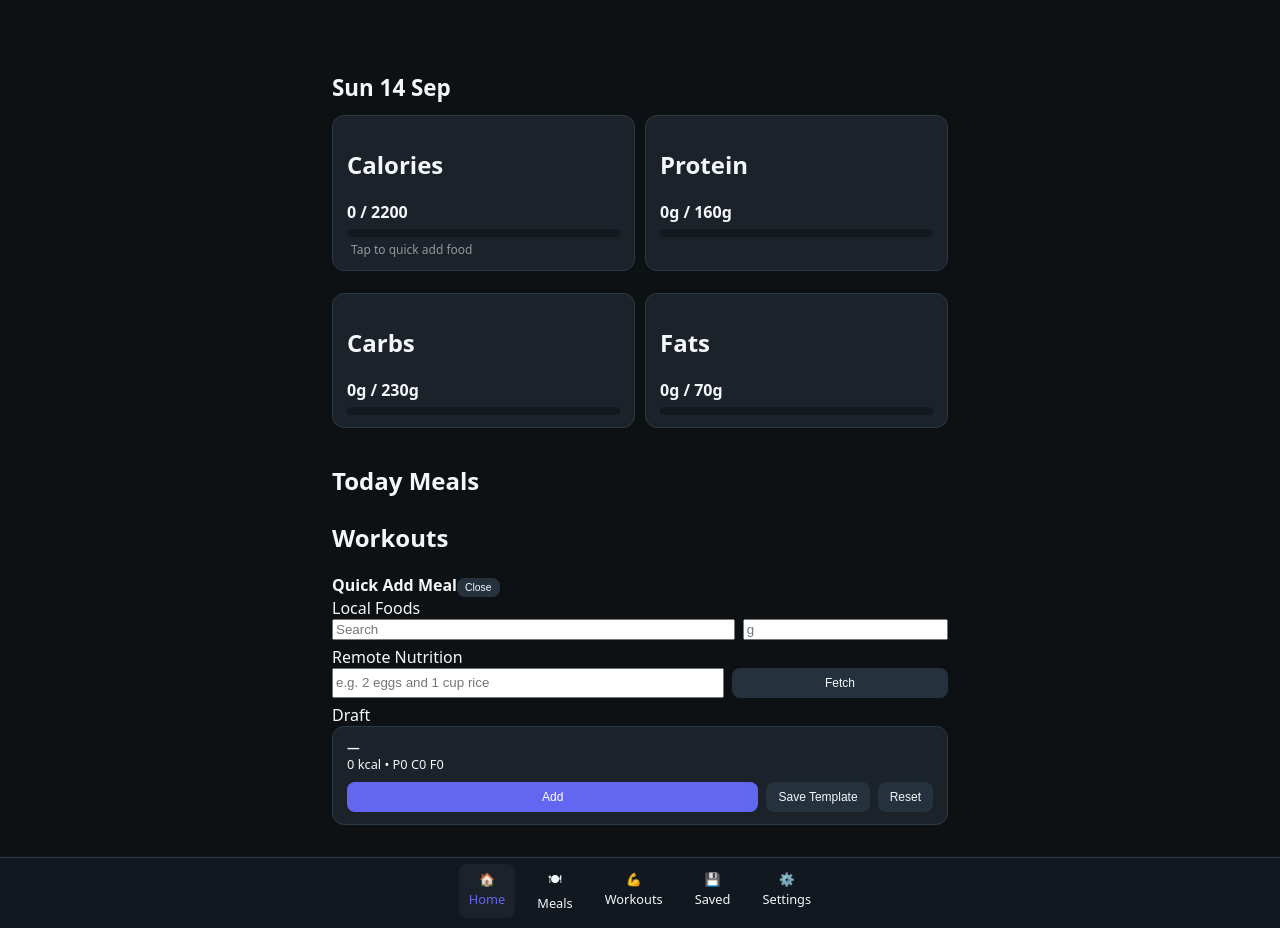
Repository: Ethxmnhz/minpline
Page: /, after clicking the first element matching `div.card`
The author's editor kept a copy of each file at every save. The page is drawn from the files as they stood at one save, then again after the next save.
The browser window is 1280 px wide. The pictures show the whole page.
The project was rebuilt for these pictures with package versions that can differ from the ones it lists, and the page was loaded fresh each time. Also part of the build but not shown: vite.config.ts, src/pages/Meals.tsx, src/pages/Workouts.tsx, src/pages/SavedMeals.tsx, src/pages/Settings.tsx.

Above is the page before, as saved 2025-09-14 22:19:25.

### index.html
<!doctype html>
<html lang="en">
<head>
  <meta charset="UTF-8" />
  <link rel="icon" type="image/svg+xml" href="/favicon.svg" />
  <meta name="viewport" content="width=device-width, initial-scale=1, maximum-scale=1" />
  <title>Tracker</title>
  <meta name="theme-color" content="#101418" />
  <link rel="manifest" href="/manifest.webmanifest" />
  <style>
    body { margin:0; font-family: system-ui,-apple-system,Segoe UI,Roboto,Helvetica,Arial,sans-serif; background:#0e1114; color:#f5f7fa; }
    #root { min-height:100dvh; }
  </style>
</head>
<body>
  <div id="root"></div>
  <script type="module" src="/src/main.tsx"></script>
</body>
</html>

### src/main.tsx
import React from 'react';
import { createRoot } from 'react-dom/client';
import { App } from './pages/App';
import './styles.css';

createRoot(document.getElementById('root')!).render(<App />);

### src/pages/App.tsx
import React from 'react';
import { BrowserRouter, Routes, Route, Navigate } from 'react-router-dom';
import { Dashboard } from './Dashboard';
import { Meals } from './Meals';
import { Workouts } from './Workouts';
import { SavedMeals } from './SavedMeals';
import { Settings } from './Settings';
import { NavBar } from '../ui/NavBar';
import { CloudSync } from '../services/cloudSync';

export const App: React.FC = () => {
  return (
    <BrowserRouter>
      <div className="app-shell">
        <div className="view">
          <Routes>
            <Route path="/" element={<Navigate to="/dashboard" replace />} />
            <Route path="/dashboard" element={<Dashboard />} />
            <Route path="/meals" element={<Meals />} />
            <Route path="/workouts" element={<Workouts />} />
            <Route path="/saved" element={<SavedMeals />} />
            <Route path="/settings" element={<Settings />} />
            <Route path="*" element={<div style={{padding:16}}>Not found</div>} />
          </Routes>
        </div>
        <NavBar />
        <CloudSync />
      </div>
    </BrowserRouter>
  );
};

### src/styles.css
:root {
  --color-bg:#0e1114; --color-surface:#1b2229; --color-border:#2c3a45; --color-text:#f5f7fa; --color-accent:#6366f1;
  --color-cal:#ffb347; --color-protein:#4ade80; --color-carbs:#60a5fa; --color-fats:#f472b6;
  --radius:12px; --transition:150ms;
}
* { box-sizing: border-box; }
body { font-family: system-ui,-apple-system,Segoe UI,Roboto,Helvetica,Arial,sans-serif; background:var(--color-bg); color:var(--color-text); }
.app-shell { display:flex; flex-direction:column; min-height:100dvh; padding-bottom:64px; }
.view { flex:1; width:100%; max-width:640px; margin:0 auto; padding:12px 12px 32px; }
.page h1 { font-size:1.4rem; margin:0 0 12px; }
.card { background:var(--color-surface); padding:12px 14px; border-radius:var(--radius); margin-bottom:12px; border:1px solid var(--color-border); }
.summary-grid { display:grid; grid-template-columns:repeat(2,1fr); gap:10px; }
.metric { font-weight:600; margin-top:4px; }
.list { list-style:none; padding:0; margin:6px 0 0; }
.list li { padding:8px 4px; display:flex; align-items:center; justify-content:space-between; border-bottom:1px solid #22313d; font-size:.9rem; }
.list li:last-child { border-bottom:none; }
.small { opacity:.7; font-size:.75rem; margin-left:4px; }
.nav-bar { position:fixed; bottom:0; left:0; right:0; display:flex; justify-content:space-around; background:#11181f; padding:6px 4px 10px; border-top:1px solid var(--color-border); }
.nav-bar a { color:var(--color-text); text-decoration:none; font-size:.8rem; display:flex; flex-direction:column; align-items:center; gap:2px; padding:6px 10px; border-radius:8px; }
.nav-bar a.active { background:var(--color-surface); color:var(--color-accent); }
.form-grid { display:grid; gap:8px; grid-template-columns:repeat(auto-fill,minmax(110px,1fr)); }
.form-grid input { background:#131a21; border:1px solid var(--color-border); color:var(--color-text); padding:8px 10px; border-radius:8px; font-size:.8rem; }
.btn { background:#25323d; border:none; color:var(--color-text); padding:8px 12px; border-radius:8px; cursor:pointer; font-size:.75rem; font-weight:500; }
.btn.primary { background:var(--color-accent); color:#fff; }
.btn.tiny { padding:4px 8px; font-size:.65rem; }
.btn:active { transform:translateY(1px); }
.progress-bar { height:8px; width:100%; background:#12191f; border-radius:6px; overflow:hidden; margin-top:6px; }
.progress-bar .fill { height:100%; background:var(--color-accent); transition:width var(--transition) linear; }
.row { display:flex; }
.gap { gap:8px; }
@media (min-width:640px){ .nav-bar { position:sticky; bottom:auto; top:0; justify-content:center; gap:12px; } .app-shell { padding-top:60px; padding-bottom:0; } }

### src/pages/Dashboard.tsx
import React, { useState } from 'react';
import { useStore } from '../state/store';
import { format } from 'date-fns';
import { ProgressBar } from '../ui/ProgressBar';
import { QuickFoodAdd } from '../ui/QuickFoodAdd';

export const Dashboard: React.FC = () => {
  const [showQuickAdd, setShowQuickAdd] = useState(false);
  const today = useStore(s => s.today);
  const totals = useStore(s => s.totalsForDate(today));
  const goals = useStore(s => s.goals);
  const netCalories = totals.calories - totals.workoutCalories;
  const pct = (val: number, goal: number) => goal ? Math.min(100, Math.round(val / goal * 100)) : 0;

  return (
    <>
    <div className="page page-dashboard">
      <h1>{format(today, 'EEE dd MMM')}</h1>
      <section className="summary-grid">
        <div className="card" style={{cursor:'pointer'}} onClick={()=>setShowQuickAdd(true)}>
          <h2>Calories</h2>
          <div className="metric">{netCalories} / {goals.calories}</div>
          <ProgressBar value={pct(netCalories, goals.calories)} color="var(--color-cal)" />
          <div className="small" style={{marginTop:4, opacity:.55}}>Tap to quick add food</div>
        </div>
        <div className="card">
          <h2>Protein</h2>
          <div className="metric">{totals.protein}g / {goals.protein}g</div>
          <ProgressBar value={pct(totals.protein, goals.protein)} color="var(--color-protein)" />
        </div>
        <div className="card">
          <h2>Carbs</h2>
            <div className="metric">{totals.carbs}g / {goals.carbs}g</div>
          <ProgressBar value={pct(totals.carbs, goals.carbs)} color="var(--color-carbs)" />
        </div>
        <div className="card">
          <h2>Fats</h2>
          <div className="metric">{totals.fats}g / {goals.fats}g</div>
          <ProgressBar value={pct(totals.fats, goals.fats)} color="var(--color-fats)" />
        </div>
      </section>
      <section>
        <h2 style={{marginTop:24}}>Today Meals</h2>
        <ul className="list">
          {totals.meals.map(m => (
            <li key={m.id}>{m.name} <span className="small">{m.calories} kcal</span></li>
          ))}
        </ul>
      </section>
      <section>
        <h2 style={{marginTop:24}}>Workouts</h2>
        <ul className="list">
          {totals.workouts.map(w => (
            <li key={w.id}>{w.type} <span className="small">-{w.calories} kcal</span></li>
          ))}
        </ul>
      </section>
    </div>
    {showQuickAdd && <QuickFoodAdd date={today} onClose={()=>setShowQuickAdd(false)} />}
    </>
  );
};

### src/ui/NavBar.tsx
import React from 'react';
import { NavLink } from 'react-router-dom';

export const NavBar: React.FC = () => {
  return (
    <nav className="nav-bar">
      <NavLink to="/dashboard">🏠<span>Home</span></NavLink>
      <NavLink to="/meals">🍽<span>Meals</span></NavLink>
      <NavLink to="/workouts">💪<span>Workouts</span></NavLink>
      <NavLink to="/saved">💾<span>Saved</span></NavLink>
      <NavLink to="/settings">⚙️<span>Settings</span></NavLink>
    </nav>
  );
};

### src/services/cloudSync.tsx
import { useEffect, useRef } from 'react';
import { useStore } from '../state/store';
import { ensureAnonAuth, loadUserData, saveUserData, subscribeUserData } from './firebase';

// Hook component mounted once in App to manage cloud sync side-effects.
export function CloudSync() {
  const cloudEnabled = useStore(s => s.cloudEnabled);
  const exportData = useStore(s => s.exportData);
  const importData = useStore(s => s.importData);
  const markSyncing = useStore(s => s.markSyncing);
  const markSynced = useStore(s => s.markSynced);
  const markSyncError = useStore(s => s.markSyncError);
  const cloudStatus = useStore(s => s.cloudStatus);

  const unsubRef = useRef<() => void>();
  const lastPushRef = useRef<number>(0);
  const uidRef = useRef<string|null>(null);
  const lastSnapshotRef = useRef<string>('');

  // Initial connect / subscribe
  useEffect(() => {
    if (!cloudEnabled) {
      if (unsubRef.current) { unsubRef.current(); unsubRef.current = undefined; }
      return;
    }
    let cancelled = false;
    (async () => {
      try {
        markSyncing();
        const uid = await ensureAnonAuth();
        if (!uid || cancelled) return;
        uidRef.current = uid;
        // initial load
        const remote = await loadUserData(uid);
        if (remote) {
          importData(remote);
          lastSnapshotRef.current = JSON.stringify(remote);
        } else {
          // push current local if empty remote
          await saveUserData(uid, exportData());
          lastSnapshotRef.current = JSON.stringify(exportData());
        }
        markSynced();
        // live subscribe
        unsubRef.current = subscribeUserData(uid, data => {
          if (!data) return;
          const serialized = JSON.stringify(data);
            if (serialized !== lastSnapshotRef.current) {
              // remote changed (not from this client) => merge (simple overwrite strategy)
              importData(data);
              lastSnapshotRef.current = serialized;
            }
        });
      } catch (e) {
        console.error('Cloud sync init failed', e);
        markSyncError();
      }
    })();
    return () => { cancelled = true; if (unsubRef.current) unsubRef.current(); };
  }, [cloudEnabled]);

  // Push local changes debounced (observe slices)
  const meals = useStore(s => s.meals);
  const workouts = useStore(s => s.workouts);
  const mealTemplates = useStore(s => s.mealTemplates);
  const workoutSets = useStore(s => s.workoutSets);
  const goals = useStore(s => s.goals);

  useEffect(() => {
    if (!cloudEnabled || !uidRef.current) return;
    const now = Date.now();
    // debounce ~1.5s
    const delay = 1500;
    const timer = setTimeout(async () => {
      try {
        markSyncing();
        const payload = exportData();
        const serialized = JSON.stringify(payload);
        if (serialized === lastSnapshotRef.current) {
          markSynced();
          return;
        }
        await saveUserData(uidRef.current!, payload);
        lastSnapshotRef.current = serialized;
        markSynced();
      } catch (e) {
        console.error('Cloud push failed', e);
        markSyncError();
      }
    }, delay);
    return () => clearTimeout(timer);
  }, [cloudEnabled, meals, workouts, mealTemplates, workoutSets, goals]);

  return null;
}

### src/state/store.ts
import { create } from 'zustand';
import { persist } from 'zustand/middleware';
import { addDays, startOfDay } from 'date-fns';
import { Meal, MealTemplate, Workout, Goals, MealInput, WorkoutInput } from '../types';
import { nanoid } from '../util/id';

export interface TrackerState {
  today: Date;
  goals: Goals;
  meals: Meal[];
  workouts: Workout[];
  mealTemplates: MealTemplate[];
  workoutSets: Record<string, { pushups: number; pullups: number; legs: number; }>;
  cloudEnabled: boolean;
  cloudStatus: 'idle'|'syncing'|'error'|'disabled';
  lastSync: number | null;
  setToday: (d: Date) => void;
  addMeal: (m: Meal) => void;
  addWorkout: (w: Workout) => void;
  saveMealTemplate: (t: MealTemplate) => void;
  removeMeal: (id: string) => void;
  removeWorkout: (id: string) => void;
  setGoals: (g: Goals) => void;
  totalsForDate: (d: Date) => {
    meals: Meal[];
    workouts: Workout[];
    calories: number;
    protein: number;
    carbs: number;
    fats: number;
    workoutCalories: number;
  };
  quickAddTemplate: (templateId: string) => void;
  bulkAddMeals: (inputs: MealInput[]) => void;
  addFromTemplateWithMultiplier: (templateId: string, multiplier: number) => void;
  setWorkoutSetCount: (date: Date, kind: 'pushups'|'pullups'|'legs', count: number) => void;
  enableCloud: (v: boolean) => void;
  markSyncing: () => void;
  markSynced: () => void;
  markSyncError: () => void;
  exportData: () => any;
  importData: (data: any) => void;
}

const todayStart = () => startOfDay(new Date());

export const useStore = create<TrackerState>()(persist((set, get) => ({
  today: todayStart(),
  goals: { calories: 2200, protein: 160, carbs: 230, fats: 70 },
  meals: [],
  workouts: [],
  mealTemplates: [],
  workoutSets: {},
  cloudEnabled: false,
  cloudStatus: 'disabled',
  lastSync: null,
  setToday: (d) => set({ today: startOfDay(d) }),
  addMeal: (m) => set(s => ({ meals: [...s.meals, m] })),
  addWorkout: (w) => set(s => ({ workouts: [...s.workouts, w] })),
  saveMealTemplate: (t) => set(s => ({ mealTemplates: [...s.mealTemplates.filter(x=>x.name!==t.name), t] })),
  removeMeal: (id) => set(s => ({ meals: s.meals.filter(m => m.id !== id) })),
  removeWorkout: (id) => set(s => ({ workouts: s.workouts.filter(w => w.id !== id) })),
  setGoals: (g) => set({ goals: g }),
  totalsForDate: (d) => {
    const day = startOfDay(d).toISOString();
    const meals = get().meals.filter(m => startOfDay(new Date(m.date)).toISOString() === day);
    const workouts = get().workouts.filter(w => startOfDay(new Date(w.date)).toISOString() === day);
    const calories = meals.reduce((a,b)=>a+b.calories,0);
    const protein = meals.reduce((a,b)=>a+b.protein,0);
    const carbs = meals.reduce((a,b)=>a+b.carbs,0);
    const fats = meals.reduce((a,b)=>a+b.fats,0);
    const workoutCalories = workouts.reduce((a,b)=>a+b.calories,0);
    return { meals, workouts, calories, protein, carbs, fats, workoutCalories };
  },
  quickAddTemplate: (templateId) => {
    const t = get().mealTemplates.find(t=>t.id===templateId);
    if (!t) return;
  get().addMeal({ ...t, id: nanoid(), date: new Date().toISOString() });
  },
  bulkAddMeals: (inputs) => set(s => ({ meals: [...s.meals, ...inputs.map(i => ({ id: nanoid(), date: new Date().toISOString(), ...i }))] })),
  addFromTemplateWithMultiplier: (templateId, multiplier) => {
    const t = get().mealTemplates.find(t=>t.id===templateId);
    if (!t) return;
    const scaled: Meal = { id: nanoid(), date: new Date().toISOString(), name: t.name, calories: Math.round(t.calories*multiplier), protein: Math.round(t.protein*multiplier), carbs: Math.round(t.carbs*multiplier), fats: Math.round(t.fats*multiplier) };
    get().addMeal(scaled);
  },
  setWorkoutSetCount: (date, kind, count) => set(s => {
    const key = startOfDay(date).toISOString();
    const existing = s.workoutSets[key] || { pushups:0, pullups:0, legs:0 };
    return { workoutSets: { ...s.workoutSets, [key]: { ...existing, [kind]: count } } };
  }),
  enableCloud: (v) => set(s => ({ cloudEnabled: v, cloudStatus: v ? 'idle' : 'disabled' })),
  markSyncing: () => set({ cloudStatus: 'syncing' }),
  markSynced: () => set({ cloudStatus: 'idle', lastSync: Date.now() }),
  markSyncError: () => set({ cloudStatus: 'error' }),
  exportData: () => {
    const s = get();
    return {
      version: 1,
      goals: s.goals,
      meals: s.meals,
      workouts: s.workouts,
      mealTemplates: s.mealTemplates,
      workoutSets: s.workoutSets
    };
  },
  importData: (data: any) => {
    if (!data || typeof data !== 'object') return;
    set(s => ({
      goals: data.goals || s.goals,
      meals: Array.isArray(data.meals) ? data.meals : s.meals,
      workouts: Array.isArray(data.workouts) ? data.workouts : s.workouts,
      mealTemplates: Array.isArray(data.mealTemplates) ? data.mealTemplates : s.mealTemplates,
      workoutSets: data.workoutSets || s.workoutSets
    }));
  }
}), { name: 'tracker-store-v1' }));

### src/ui/ProgressBar.tsx
import React from 'react';

export const ProgressBar: React.FC<{value:number;color?:string}> = ({ value, color }) => {
  return (
    <div className="progress-bar" aria-valuenow={value} aria-valuemin={0} aria-valuemax={100}>
      <div className="fill" style={{ width: `${value}%`, background: color || 'var(--color-accent)' }} />
    </div>
  );
};

### src/util/id.ts
export const nanoid = () => Math.random().toString(36).slice(2,10);

### src/services/nutritionApi.ts
// External Nutrition API service (API Ninjas / CalorieNinjas compatible)
// We do not hard-code the key; user must set VITE_NUTRITION_API_KEY in .env file.
// Fallback: returns empty array on error.

export interface RemoteNutritionItem {
  name: string;
  calories: number;
  protein_g: number;
  carbohydrates_total_g: number;
  fat_total_g: number;
  serving_size_g: number;
}

export async function fetchNutrition(query: string): Promise<RemoteNutritionItem[]> {
  const key = import.meta.env.VITE_NUTRITION_API_KEY;
  if (!key) {
    console.warn('Nutrition API key missing (VITE_NUTRITION_API_KEY).');
    return [];
  }
  if (!query.trim()) return [];
  try {
    const url = `https://api.api-ninjas.com/v1/nutrition?query=${encodeURIComponent(query)}`;
    const res = await fetch(url, { headers: { 'X-Api-Key': key } });
    if (!res.ok) {
      console.warn('Nutrition API error', res.status);
      return [];
    }
    const data: any = await res.json();
    // API Ninjas returns array directly; CalorieNinjas older form uses { items: [] }
    if (Array.isArray(data)) return data as RemoteNutritionItem[];
    if (data && Array.isArray(data.items)) return data.items as RemoteNutritionItem[];
    return [];
  } catch (e) {
    console.error('Nutrition fetch failed', e);
    return [];
  }
}

### src/services/firebase.ts
// Firebase initialization (client-side). Keys here are public identifiers.
// IMPORTANT: Do not store secrets in client code. This config only identifies the project.
import { initializeApp } from 'firebase/app';
import { getAuth, signInAnonymously, onAuthStateChanged } from 'firebase/auth';
import { getDatabase, ref, get, set, onValue } from 'firebase/database';

const firebaseConfig = {
  apiKey: 'AIzaSyDX25nwzQc-STovWztgtw2aCycvWXJxA3Y',
  authDomain: 'dash-13064.firebaseapp.com',
  databaseURL: 'https://dash-13064-default-rtdb.firebaseio.com',
  projectId: 'dash-13064',
  storageBucket: 'dash-13064.appspot.com',
  messagingSenderId: '409540597555',
  appId: '1:409540597555:web:5cc48d3ab4046fbd309046',
  measurementId: 'G-78JL7PXFPJ'
};

const app = initializeApp(firebaseConfig);
export const auth = getAuth(app);
export const db = getDatabase(app);

export async function ensureAnonAuth(): Promise<string | null> {
  if (auth.currentUser) return auth.currentUser.uid;
  await signInAnonymously(auth);
  return new Promise(resolve => {
    const unsub = onAuthStateChanged(auth, usr => { if (usr) { resolve(usr.uid); unsub(); } });
  });
}

export async function loadUserData(uid: string) {
  const snapshot = await get(ref(db, `users/${uid}/trackerData`));
  return snapshot.exists() ? snapshot.val() : null;
}

export async function saveUserData(uid: string, data: any) {
  await set(ref(db, `users/${uid}/trackerData`), data);
}

export function subscribeUserData(uid: string, cb: (data: any)=>void) {
  const r = ref(db, `users/${uid}/trackerData`);
  return onValue(r, snap => cb(snap.val()));
}

Loaded but not shown: src/data/foods-indian.ts (66 lines, source omitted); src/ui/QuickFoodAdd.tsx (125 lines, source omitted)

After the next save:
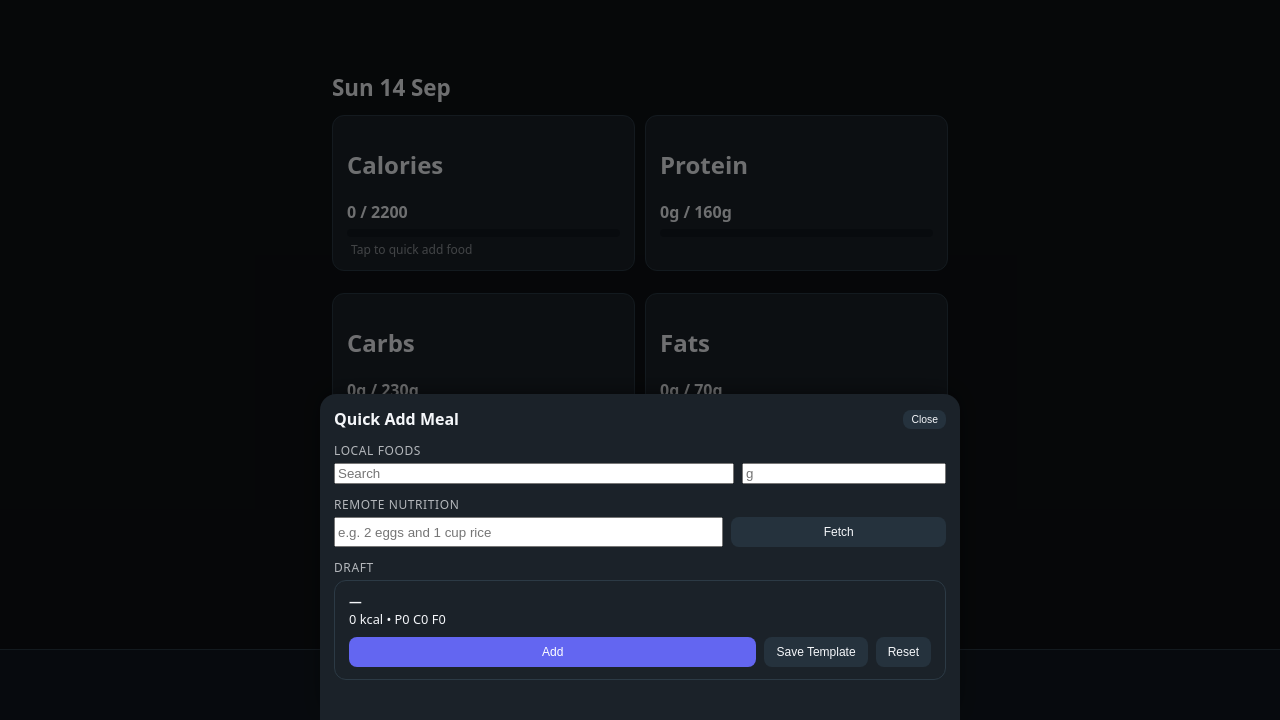
Saved 10 s later.
--- a/src/styles.css
+++ b/src/styles.css
@@ -28,4 +28,9 @@ body { font-family: system-ui,-apple-system,Segoe UI,Roboto,Helvetica,Arial,sans
 .progress-bar .fill { height:100%; background:var(--color-accent); transition:width var(--transition) linear; }
 .row { display:flex; }
 .gap { gap:8px; }
+.quick-add-overlay { position:fixed; inset:0; background:rgba(0,0,0,.55); display:flex; align-items:flex-end; justify-content:center; z-index:50; }
+.quick-add-sheet { width:100%; max-width:640px; background:var(--color-surface); border-radius:16px 16px 0 0; padding:14px 14px 40px; box-shadow:0 -4px 24px -8px rgba(0,0,0,.7); max-height:85dvh; overflow-y:auto; }
+.qa-header { display:flex; justify-content:space-between; align-items:center; margin-bottom:8px; }
+.qa-section { margin-top:12px; }
+.qa-subtitle { font-size:.75rem; text-transform:uppercase; letter-spacing:.05em; opacity:.7; margin-bottom:4px; }
 @media (min-width:640px){ .nav-bar { position:sticky; bottom:auto; top:0; justify-content:center; gap:12px; } .app-shell { padding-top:60px; padding-bottom:0; } }
